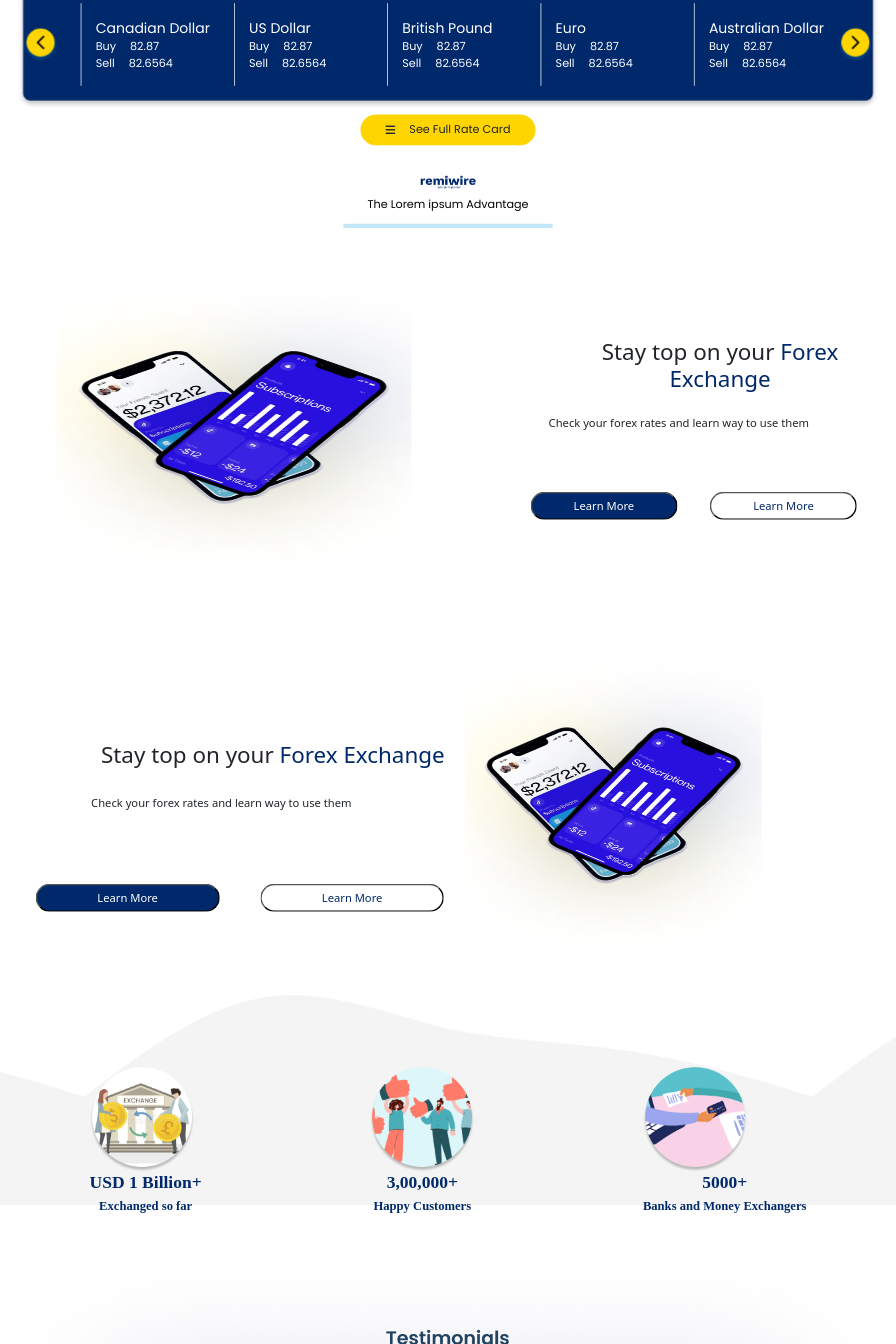
Repository: FlyweisReact/Akshadeep-latest
Page: /
These files come from the project's save history. The page is drawn as it stood at one moment and after the next save; the edit follows.
The browser window is 1280 px wide. The pictures show the part of the page from y = 802 to 2722 px (the page is 4646 px tall before and 4652 px after), at 70% of full size.
Some web libraries are served in a nearby version. The project was rebuilt for these pictures with package versions that can differ from the ones it lists, and the page was loaded fresh each time. Also part of the build but not shown: src/components/exchange.jsx, src/components/order_p1.jsx, src/components/order_p2.jsx, src/components/faas.jsx, src/components/offer.jsx, src/components/main2.jsx, src/components/home.jsx, src/components/slider.jsx and 6 more.

Above is the page before, as saved 2023-05-23 16:07:41.

### public/index.html
<!DOCTYPE html>
<html lang="en">
  <head>
    <meta charset="utf-8" />
    <link rel="icon" href="%PUBLIC_URL%/favicon.ico" />
    <meta name="viewport" content="width=device-width, initial-scale=1" />
    <meta name="theme-color" content="#000000" />
    <meta
      name="description"
      content="Web site created using create-react-app"
    />
    <link rel="apple-touch-icon" href="%PUBLIC_URL%/logo192.png" />

    <link rel="manifest" href="%PUBLIC_URL%/manifest.json" />
    <link rel="stylesheet" href="https://cdnjs.cloudflare.com/ajax/libs/font-awesome/5.15.3/css/all.min.css" />
    <link href="https://cdn.jsdelivr.net/npm/bootstrap@5.3.0-alpha1/dist/css/bootstrap.min.css" rel="stylesheet" integrity="sha384-GLhlTQ8iRABdZLl6O3oVMWSktQOp6b7In1Zl3/Jr59b6EGGoI1aFkw7cmDA6j6gD" crossorigin="anonymous">
    <title>React App</title>
  </head>
  <body>
    <noscript>You need to enable JavaScript to run this app.</noscript>
    <div id="root"></div>
    <script src="https://kit.fontawesome.com/b533b351e4.js" crossorigin="anonymous"></script>
  </body>
</html>

### src/components/Main.jsx
/** @format */

import React from "react";
import Navbar from "./navbar";
import "react-responsive-carousel/lib/styles/carousel.min.css";
import BottomCont from "./bottom_cont";
import Footer from "./footer";
import img from "../Images/a-7.png";
import UpperForm from "./Component/Index/UpperForm";
import UpperSlider from "./Component/Index/UpperSlider";
import CurrencySlider from "./Component/Index/CurrencySlider";
import logo from '../Images/logo.png'

function Main() {
  return (
    <>
      <Navbar />

      <div className="upper-two-component">
        <div className="left-component">
          <UpperForm />
        </div>
        <div className="right-component">
          <UpperSlider />
        </div>
      </div>

      <div className="Index-currency_cont">
        <CurrencySlider />
      </div>

      <div className="Index_center_button">
      <i className="fa-solid fa-bars"></i>
        <p>See Full Rate Card</p>
      </div>

      <div className="Index_center_Div">
      <img src={logo} alt='' className="logo" />

        <p>The Lorem ipsum Advantage</p>
        <hr />
      </div>



      <div className="main-2-cont">
        <div className="main-2-left">
          <img src={img} alt="" />
        </div>
        <div className="main-2-right">
          <h2>
            Stay top on your <spam className="sp">Forex Exchange</spam>
          </h2>
          <p>Check your forex rates and learn way to use them</p>
          <div className="main-2-r-btn">
            <button className="main-2l-btn">Learn More</button>
            <button className="main-2r-btn">Learn More</button>
          </div>
        </div>
      </div>
      <div className="main-3-cont">
        <div className="main-3-left">
          <h2>
            Stay top on your <spam className="sp">Forex Exchange</spam>
          </h2>
          <p>Check your forex rates and learn way to use them</p>
          <div className="main-2-r-btn">
            <button className="main-2l-btn">Learn More</button>
            <button className="main-2r-btn">Learn More</button>
          </div>
        </div>
        <div className="main-3-right">
          <img src={img} alt="" />
        </div>
      </div>
      <BottomCont />
      <Footer />
    </>
  );
}

export default Main;

### src/Style/Header.css
/** @format */

.Sticky-Header-Companent {
  height: 100%;
  background-color: var(--white);
  position: sticky;
  top: 0;
  z-index: 999;
  padding: 20px;
  transition: box-shadow 0.3s ease;
}

.scrolled {
  box-shadow: rgba(0, 0, 0, 0.24) 0px 3px 8px;
}

.Header {
  width: 100%;
  display: flex;
  justify-content: space-between;
  align-items: center;
}

.Header .left-component a {
  font-family: InterFont;
  font-size: 2rem;
  color: #000000;
  cursor: pointer;
  text-decoration: none;
}

.Header .right-component {
  display: flex;
  gap: 20px;
}
.Header .right-component .btn1 {
  font-weight: 500;
  font-size: var(--medium-font);
  color: var(--black);
  background-color: transparent;
  border: none;
}
.Header .right-component .btn2 {
  font-size: var(--medium-font);
  color: var(--white);
  background-color : #00296B;
  border: 1px solid #00296B;
  padding: 10px;
  width: 200px;
  border-radius: var(--half-border);
}

/* Category Drop- Down */
.Drop-Category-Bar {
  display: flex;
  align-items: center;
}
.Drop-Category-Bar .left-container {
  width: 20%;
  padding: 20px;
}

.Drop-Category-Bar .right-Container {
  display: flex;
  width: 60%;
  justify-content: space-evenly;
}

.Drop-Category-Bar .left-container i {
  font-size: var(--medium-font);
  cursor: pointer;
}
.Drop-Category-Bar .right-Container #dropdown-basic {
  border: none;
  font-size: var(--medium-font);
  font-style: normal;
  line-height: 29px;
  color: #333131;
}
.Drop-Category-Bar .right-Container #dropdown-button-drop-end {
  width: 100%;
  display: flex;
  justify-content: space-between;
  gap: 20px;
  align-items: center;
  font-size: var(--small-font);
  border: none;
}
.Drop-Category-Bar .right-Container .dropdown-item {
  width: 100%;
  font-size: var(--small-font);
  border: none;
  padding-left: 12px;
}

/* FullScreen Offcanvas */
.offcanvas.offcanvas-start {
  width: 100% !important;
  background-color: transparent;
}
.offcanvas-backdrop.show {
  opacity: 0.9 !important;
}
.Offcanvas-Menu {
  position: relative;
  padding: 20px;
}
.Offcanvas-Menu .fa-x {
  font-size: var(--medium-font);
  color: #fff;
  position: absolute;
  right: 20px;
  top: 20px;
  cursor: pointer;
}
.Offcanvas-Menu .Menu-Items {
  display: flex;
  justify-content: space-evenly;
  align-items: center;
  position: absolute;
  top: 50%;
  gap: 20px;
  left: 50%;
  transform: translate(-50%, -50%);
  width: 100%;
  padding-left: 5%;
  padding-right: 5%;
}
.Offcanvas-Menu .Menu-Items div {
  width: 20%;
  cursor: pointer;
}
.Offcanvas-Menu .Menu-Items div img {
  display: block;
  margin: auto;
}
.Offcanvas-Menu .Menu-Items div a {
  text-decoration: none;
}
.Offcanvas-Menu .Menu-Items p {
  font-size: var(--medium-font);
  color: #ffffff;
  text-align: center;
  margin-top: 10px;
  font-family: OpenFont;
  text-decoration: none;
  width: 100%;
}

### src/Style/Layout.css
/**
 * Two Section Component
 *
 * @format
 */

.upper-two-component {
  display: flex;
  justify-content: space-evenly;
  padding-top: 20px;
}
.upper-two-component .left-component {
  width: 40%;
}
.upper-two-component .right-component {
  width: 50%;
}

/* Currency Container */
.Index-currency_cont {
  width: 98%;
  margin: auto;
  padding: 20px;
  filter: drop-shadow(0px 4px 4px rgba(0, 0, 0, 0.25));
  padding-top: 5%;
}

/* Rate Button */
.Index_center_button {
  width: 250px;
  background: #ffd500;
  border-radius: 27px;
  display: flex;
  gap: 20px;
  justify-content: center;
  align-items: center;
  padding: 10px;
  margin: auto;
  cursor: pointer;
}
.Index_center_button i {
  margin: 0;
}
.Index_center_button p {
  margin: 0;
  font-family: PoppinFont;
  font-size: var(--extra-small-font);
}

/* Index_center_Div */
.Index_center_Div {
  width: 300px;
  display: block;
  margin: auto;
  padding-top: 20px;
  text-align: center;
  margin-top: 20px;
}
.Index_center_Div .logo {
  width: 80px;
  display: block;
  margin: auto;
}
.Index_center_Div p {
  color: #000;
  font-family: PoppinFont;
  text-align: center;
  font-size: var(--extra-small-font);
  margin-top: 10px;
}
.Index_center_Div hr {
  border: 3px solid #0b9be3;
  border-radius: 8px;
}

### src/Style/Component.css
/**
 * Upper Form Component
 *
 * @format
 */

.Index-Upper-Form {
  width: 100%;
  padding-top: 20px;
}
.Index-Upper-Form .button-container {
  display: flex;
  align-items: center;
  justify-content: center;
  gap: 10px;
  width: 100%;
}
.Index-Upper-Form .button-container button {
  background-color: #fff;
  color: #333;
  border: 1px solid #ffd500;
  font-size: var(--small-font);
  cursor: pointer;
  padding: 10px;
  width: 20%;
  font-family: OpenFont;
  border-radius: 4px;
  transition: 0.5s;
}
.Index-Upper-Form .button-container button:hover {
  background: #ffd500;
}
.Index-Upper-Form .form-cont {
  width: 100%;
  margin-top: 10px;
  background: #00296b;
  border: 1px solid #333131;
  box-shadow: 0px 0px 100px 8px rgba(255, 213, 0, 0.3);
  border-radius: 12px;
  position: relative;
  padding: 20px;
}
.Index-Upper-Form .form-cont .form-part-1 .two-cont {
  display: flex;
  justify-content: space-between;
  width: 100%;
}
.Index-Upper-Form .form-cont .form-part-1 .two-cont div {
  width: 45%;
}
.Index-Upper-Form .form-cont .form-part-1 .two-cont div label {
  color: var(--white);
  font-size: var(--extra-small-font);
  font-family: PoppinFont;
  line-height: 24px;
  color: #ffffff;
}

.Index-Upper-Form .form-cont .form-part-1 .two-cont div select {
  width: 100%;
  margin-top: 3px;
  outline: none;
  font-size: var(--extra-small-font);
  color: #897f7f;
  font-family: PoppinFont;
  padding: 10px;
  border-radius: 4px;
  border: 1px solid #897f7f;
}
.Index-Upper-Form .form-cont .form-part-1 .rate {
  font-size: 16px;
  line-height: 24px;
  color: #ffffff;
  margin-top: 10px;
  font-family: PoppinFont;
}
.Index-Upper-Form .form-cont .form-part-1 .two-cont div input {
  width: 100%;
  margin-top: 3px;
  outline: none;
  font-size: var(--extra-small-font);
  color: #897f7f;
  font-family: PoppinFont;
  padding: 10px;
  border-radius: 4px;
  border: 1px solid #897f7f;
}
.Index-Upper-Form .form-cont .form-part-1 .two-cont div input::placeholder {
  color: #897f7f;
}
.Index-Upper-Form .form-cont .form-part-1 .two-cont .two-section {
  display: flex;
  gap: 10px;
  color: var(--white);
  margin-top: 10px;
  align-items: center;
}
.Index-Upper-Form .form-cont .form-part-1 .two-cont .two-section p {
  margin: 0;
  font-family: PoppinFont;
}
.Index-Upper-Form .form-cont .form-part-1 .two-cont .two-section button {
  background-color: #214360;
  outline: none;
  border: 1px solid #214360;
  color: var(--white);
  font-family: PoppinFont;
}
.Index-Upper-Form .form-cont .form-part-1 .two-cont .two-section i {
  color: #ffd500;
}
.Index-Upper-Form .form-cont .form-part-1 .two-cont .two-section .add {
  color: #ffd500;
  text-decoration: underline;
}
.Index-Upper-Form .form-cont .ord-btn {
  font-size: var(--medium-font);
  font-family: PoppinFont;
  background: #ffd500;
  border-radius: 30.2748px;
  border: none;
  width: 40%;
  padding: 10px;
  display: block;
  margin: auto;
  position: absolute;
  top: 98%;
  cursor: pointer;
  left: 50%;
  transform: translate(-50%, -50%);
}

/* Slick Slider */
.slick-slider-Cont {
  position: relative;
}
.slick-slider-Cont .Prev-Next_cont {
  display: flex;
  justify-content: space-between;
}
.slick-slider-Cont .Prev-Next_cont .PrevImg {
  position: absolute;
  top: 50%;
  left: 5%;
  transform: translate(-50%, -50%);
  cursor: pointer;
}
.slick-slider-Cont .Prev-Next_cont .NextImg {
  position: absolute;
  top: 50%;
  left: 95%;
  transform: translate(-50%, -50%);
  cursor: pointer;
}

.Slick-Slider {
  height: 100%;
  padding: 20px;
}
.Slick-Slider .slider-container-div {
  width: 100%;
}
.Slick-Slider .slider-container-div p {
  font-family: PoppinFont;
  font-size: 24px;
  line-height: 40px;
  color: #000;
  text-align: center;
  margin: 0;
}
.Slick-Slider .slider-container-div img {
  display: block;
  margin: auto;
}
.Slick-Slider:focus {
  border: none !important;
}
.Slick-Slider:active {
  border: none !important;
}

.Slick-Slider .slider-container-div .two-comp {
  display: flex;
  justify-content: space-evenly;
  gap: 10px;
}
.Slick-Slider .slider-container-div .two-comp .left-comp {
  width: 45%;
  position: relative;
}
.Slick-Slider .slider-container-div .two-comp .left-comp img {
  position: absolute;
  top: 50%;
  left: 50%;
  transform: translate(-50%, -50%);
}
.Slick-Slider .slider-container-div .two-comp .right-comp {
  width: 60%;
}
.Slick-Slider .slider-container-div .two-comp .right-comp div {
  display: flex;
  padding-top: 20px;
  gap: 20px;
  align-items: center;
}
.Slick-Slider .slider-container-div .two-comp .right-comp p {
  margin: 0;
  font-size: var(--extra-small-font);
  line-height: normal;
  width: 90%;
  text-align: left;
}
.Slick-Slider .slider-container-div .two-comp .right-comp i {
  margin: 0;
  background-color: #00a067;
  color: #fff;
  border-radius: 100%;
  padding: 5px;
}


/* Currency-Slider  */
.currency_slider_cont{
  background-color: #00296B;
  border: 1px solid #00296B;
  border-radius: 10px;
  position: relative;
  width: 100%;
}
.currency_slider_cont .currency_slider{
  height: 100%;
  padding: 20px;
  padding-left: 5%;
  padding-right: 5%;
}
.currency_slider_cont .currency_slider:focus {
  border: none !important;
}
.currency_slider_cont .currency_slider:active {
  border: none !important;
}

.currency_slider_cont .currency_slider .Item{
  color: #fff;
  border-right: 1px solid #fff;
  padding: 20px;
  width: 20%;
}
.currency_slider_cont .currency_slider .Item p{
  margin: 0;
}
.currency_slider_cont .currency_slider .Item .head{
  font-family: PoppinFont;
  font-size: var(--medium-font);
}
.currency_slider_cont .currency_slider .Item .two_sec{
  display: flex;
  align-items: center;
  gap: 20px;
}
.currency_slider_cont .currency_slider .Item .two_sec p{
  font-family: PoppinFont;
font-size: var(--extra-small-font);
}
.currency_slider_cont .Prev-Next_cont {
  display: flex;
  justify-content: space-between;
}
.currency_slider_cont .Prev-Next_cont .PrevImg {
  position: absolute;
  top: 50%;
  left: 2%;
  transform: translate(-50%, -50%);
  cursor: pointer;
}
.currency_slider_cont .Prev-Next_cont .NextImg {
  position: absolute;
  top: 50%;
  left: 98%;
  transform: translate(-50%, -50%);
  cursor: pointer;
}

.slick-prev:before {
  display: none !important;
}
.slick-next:before{
  display: none
  ;
}

### src/components/navbar.jsx
import Header from "./Layout/Header";

const Navbar = () => {
  return (
    <>
      <Header />

    </>
  );
};

export default Navbar;

### src/components/bottom_cont.jsx
import React from "react";
import img from "../Images/a-33.png";
import img2 from "../Images/a-34.png";
import img3 from "../Images/a-35.png";
import img4 from "../Images/a-36.png";
import img5 from "../Images/a-37.png";
import img6 from "../Images/a-51.png";

const BotCont = () => {
  return (
    <>
      <div className="bot-part-1">
        <div className="bot-cont-imgs">
          <div>
            <img src={img} />
            <h6>USD 1 Billion+</h6>
            <p>Exchanged so far</p>
          </div>
          <div>
            <img src={img2} />
            <h6>3,00,000+</h6>
            <p>Happy Customers</p>
          </div>
          <div>
            <img src={img3} />
            <h6>5000+</h6>
            <p>Banks and Money Exchangers</p>
          </div>
        </div>
      </div>
      <div className="bot-part-3">
        <img src={img6} />
      </div>
      <div className="bot-part-2">
        <h3>Media Mentions</h3>
        <div className="bot-part-2-sub">
          <div className="bot-cont-card">
            <h4>Loren Ipsum Id best Platform out there</h4>
            <p>
              Lorem Ipsum is simply dummy text of the printing and typesetting
              industry. Lorem Ipsum has been the industry's standard dummy text
              ever since the 1500s, when an unknown printer took a galley of
              type and scrambled it to make a type specimen book.
            </p>
            <div className="thin-line"></div>
            <div className="bot-cont-card-2">
              <img src={img4} />
              <p>5 star</p>
            </div>
          </div>
          <div className="bot-cont-card">
            <h4>Loren Ipsum Id best Platform out there</h4>
            <p>
              Lorem Ipsum is simply dummy text of the printing and typesetting
              industry. Lorem Ipsum has been the industry's standard dummy text
              ever since the 1500s, when an unknown printer took a galley of
              type and scrambled it to make a type specimen book.
            </p>
            <div className="thin-line"></div>
            <div className="bot-cont-card-2">
              <img src={img5} style={{height:"40px"}} />
              <p>5 star</p>
            </div>
          </div>
        </div>
      </div>
    </>
  );
};

export default BotCont;

### src/components/footer.jsx
import React from "react";

const Footer = () => {
  return (
    <footer className="footer">
      <div className="footer-cont">
        <div className="foot-row">
          <div className="foot-col">
            <h3>Company</h3>
            <p>About Us</p>
            <p>Contact Us</p>
            <p>Careers</p>
          </div>
          <div className="foot-col">
            <h3>Services</h3>
            <p>Prepaid Travel Card</p>
            <p>Foreign Demand Draft</p>
            <p>Foreign Currency</p>
            <p>Educational Loans</p>
            <p>Remmittance</p>
            <p>Travel Insurance</p>
            <p>Forex as a Service (Faas Solution)</p>
          </div>
          <div className="foot-col">
            <h3>Quick Links</h3>
            <p>FAQs</p>
            <p>Cancellation & Refund Policy</p>
            <p>Forex Rates</p>
            <p>Our Policies</p>
            <p>Terms of Use</p>
            <p>Site Map</p>
            <p>Offers</p>
          </div>
          <div className="foot-col">
            <h3>Insight</h3>
            <p>Blogs</p>
            <p>Press Release</p>
            <p>Foreign Currency</p>
            <p>Educational Loans</p>
            <p>Remmittance</p>
            <p>Travel Insurance</p>
            <p>Forex as a Service (Faas Solution)</p>
          </div>
          <div className="foot-col">
            <h3>Registered Office Address</h3>
            <p>Lorem Ipsum Pvt ltd.</p>
            <p>P-701 to P-705 lorem ipsum , 7th floor, 11th tower, panchsheel primerose, vatista
                , Gurugram, Hariyana
            </p>
            {/*<ul className="social-icons">
              <li>
                <a href="#">
                  <i className="fab fa-facebook-f"></i>
                </a>
              </li>
              <li>
                <a href="#">
                  <i className="fab fa-twitter"></i>
                </a>
              </li>
              <li>
                <a href="#">
                  <i className="fab fa-linkedin"></i>
                </a>
              </li>
              <li>
                <a href="#">
                  <i className="fab fa-instagram"></i>
                </a>
              </li>
            </ul>*/}
          </div>
        </div>
      </div>
      <div className="footer-bottom">
        <p>&copy; 2023 Forex Inc. All Rights Reserved.</p>
      </div>
    </footer>
  );
};

export default Footer;

### src/components/signup.jsx
import Button from "react-bootstrap/Button";
import Modal from "react-bootstrap/Modal";

function MyVerticallyCenteredModal(props) {
  return (
    <Modal
      {...props}
      size="lg"
      aria-labelledby="contained-modal-title-vcenter"
      centered
    >
      <Modal.Body>
        <div className="popupe-container">
          <div className="popupe">
            <span className="close" onClick={props.onHide}>
              &times;
            </span>
            <h2 className="form-title">Register</h2>
            <form>
              <div class="form-groupe">
                <label for="name" className="label-inp">Name</label>
                <input type="text" id="name" name="name" placeholder="Enter your name here" />
              </div>
              <div class="form-groupe">
                <label for="mobile" className="label-inp">Mobile Number</label>
                <input type="email" id="email" name="email" placeholder="Enter your mobile no here"/>
              </div>
              <div class="form-groupe">
                <label for="email" className="label-inp">Email</label>
                <input type="email" id="email" name="email" placeholder="Enter your email here"/>
              </div>
              <button type="submit" className="btn-form-submit">Submit</button>
            </form>
            <h2 className="form-title">Or</h2>
            <div className="form-bot-cont">
              <div className="left-btn">
                  <button className="btn-2">
                  <i class="fab fa-facebook-f fc" ></i>
                  facebook</button>
              </div>
              <div className="right-btn">
                  <button className="btn-2">
                  <i class="fab fa-google-plus-g gl"></i>
                    Google</button>
              </div>
            </div>
            </div>
          </div>
      </Modal.Body>
    </Modal>
  );
}

export default MyVerticallyCenteredModal;

### src/components/login.jsx

import Modal from "react-bootstrap/Modal";

function MyVerticallyCenteredModal(props) {
  return (
    <Modal
      {...props}
      size="lg"
      aria-labelledby="contained-modal-title-vcenter"
      centered
    >
      <Modal.Body>
        <div className="popupe-container">
          <div className="popupe">
            <span className="close" onClick={props.onHide}>
              &times;
            </span>
            <h2 className="form-title">Login</h2>
            <form>
              <div class="form-groupe">
                <label for="name" className="label-inp">Mobile Number/ Email Id</label>
                <input type="text" id="name" name="name" placeholder="Enter mobile number/ email Id" />
              </div>
              <button type="submit" className="btn-form-submit">Submit</button>
            </form>
            </div>
            <h2 className="form-title">Or</h2>
            <div className="form-bot-cont">
              <div className="left-btn">
                  <button className="btn-2">
                  <i class="fab fa-facebook-f fc" ></i>
                  facebook</button>
              </div>
              <div className="right-btn">
                  <button className="btn-2">
                  <i class="fab fa-google-plus-g gl"></i>
                    Google</button>
              </div>
            </div>
          </div>
      </Modal.Body>
    </Modal>
  );
}

export default MyVerticallyCenteredModal;

Loaded but not shown: src/Json/menu.json (187 lines, source omitted); src/components/Component/Index/UpperSlider.js (180 lines, source omitted); src/components/Component/Index/CurrencySlider.js (162 lines, source omitted); src/components/Component/Index/UpperForm.js (74 lines, source omitted); src/components/Layout/DropBar.js (60 lines, source omitted); src/components/Layout/Sidebar.js (70 lines, source omitted); src/App.js (50 lines, source omitted); src/components/Layout/Header.js (56 lines, source omitted); src/index.js (13 lines, source omitted); src/index.css (2406 lines, source omitted)

After the next save:
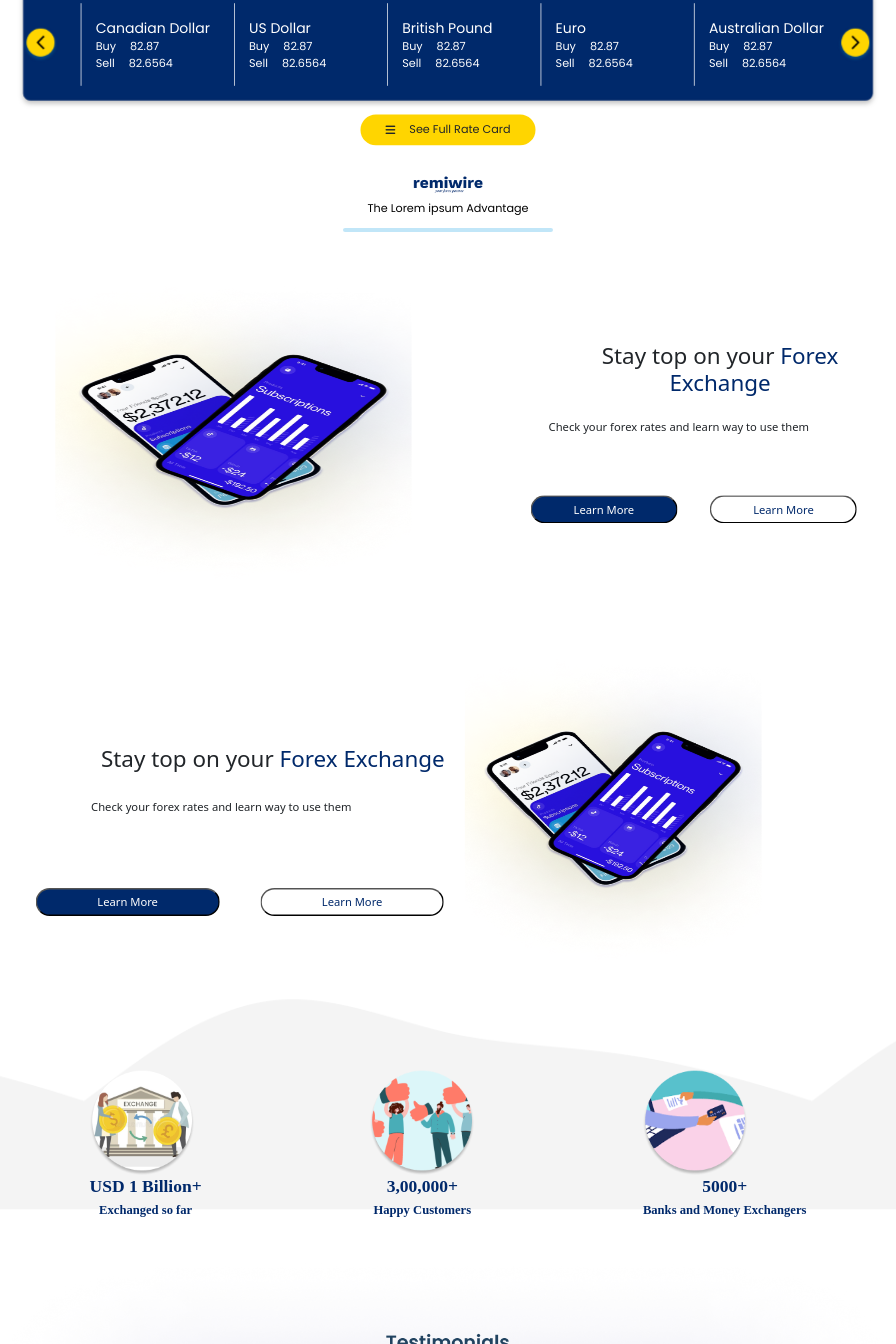
Saved 4 s later.
--- a/src/Style/Layout.css
+++ b/src/Style/Layout.css
@@ -57,7 +57,7 @@
   margin-top: 20px;
 }
 .Index_center_Div .logo {
-  width: 80px;
+  width: 100px;
   display: block;
   margin: auto;
 }
